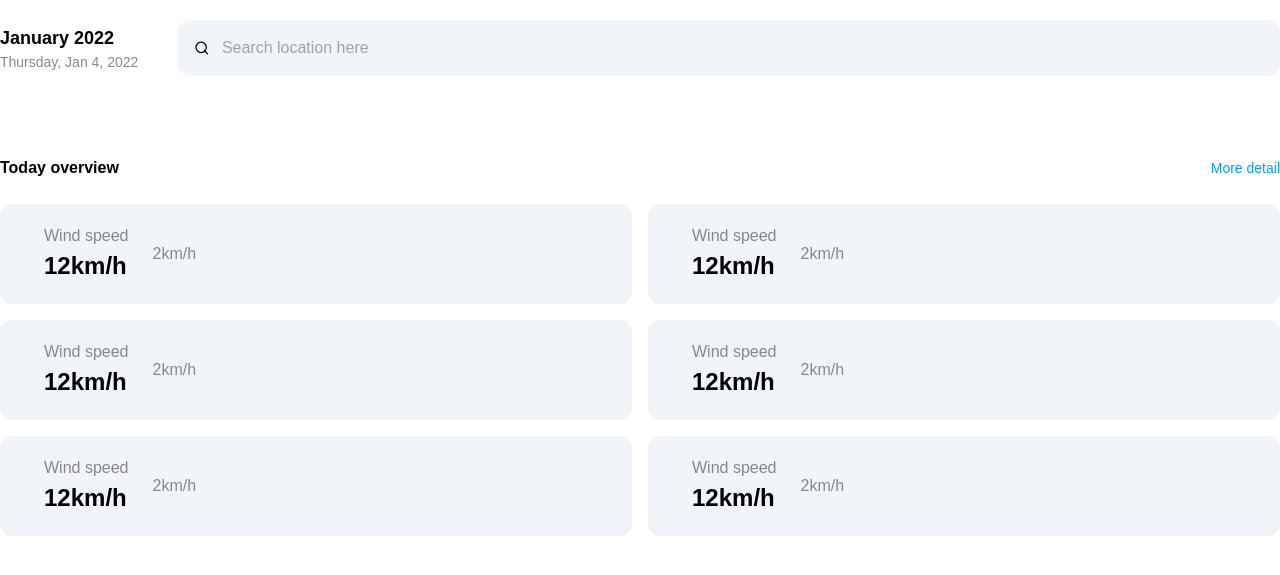
Repository: theweirdboiz/datawarehouse-ui
Page: /
An editor plug-in stored every save of this project. The page is shown before and after the next save, followed by the edit.
The browser window is 1280 px wide. The pictures show the whole page.
The project was rebuilt for these pictures with package versions that can differ from the ones it lists, and the page was loaded fresh each time. Also part of the build but not shown: vite.config.js.

Above is the page before, as saved 2022-11-23 16:31:55.

After the next save:
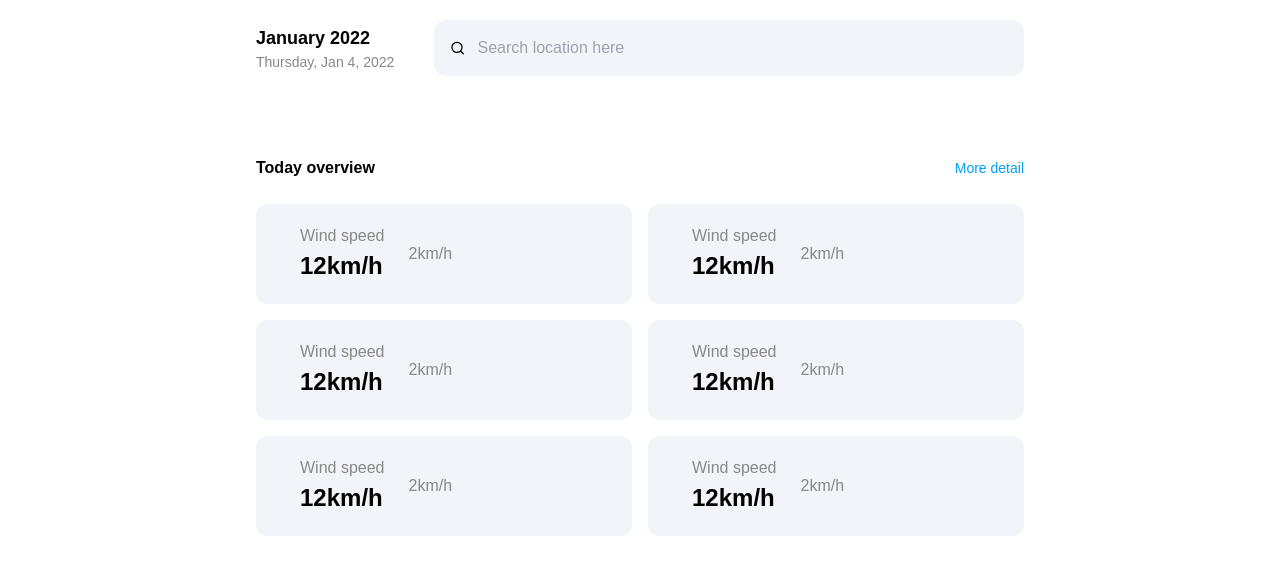
Saved 24 s later.
--- a/src/App.jsx
+++ b/src/App.jsx
@@ -12,7 +12,7 @@ function App() {
   return (
     <div className="container mx-auto">
       <div className="">
-        <section className="content">
+        <section className="content max-w-3xl mx-auto">
           <div className={contentTop}>
             <div className="flex-col">
               <h3 className={date}>January 2022</h3>
